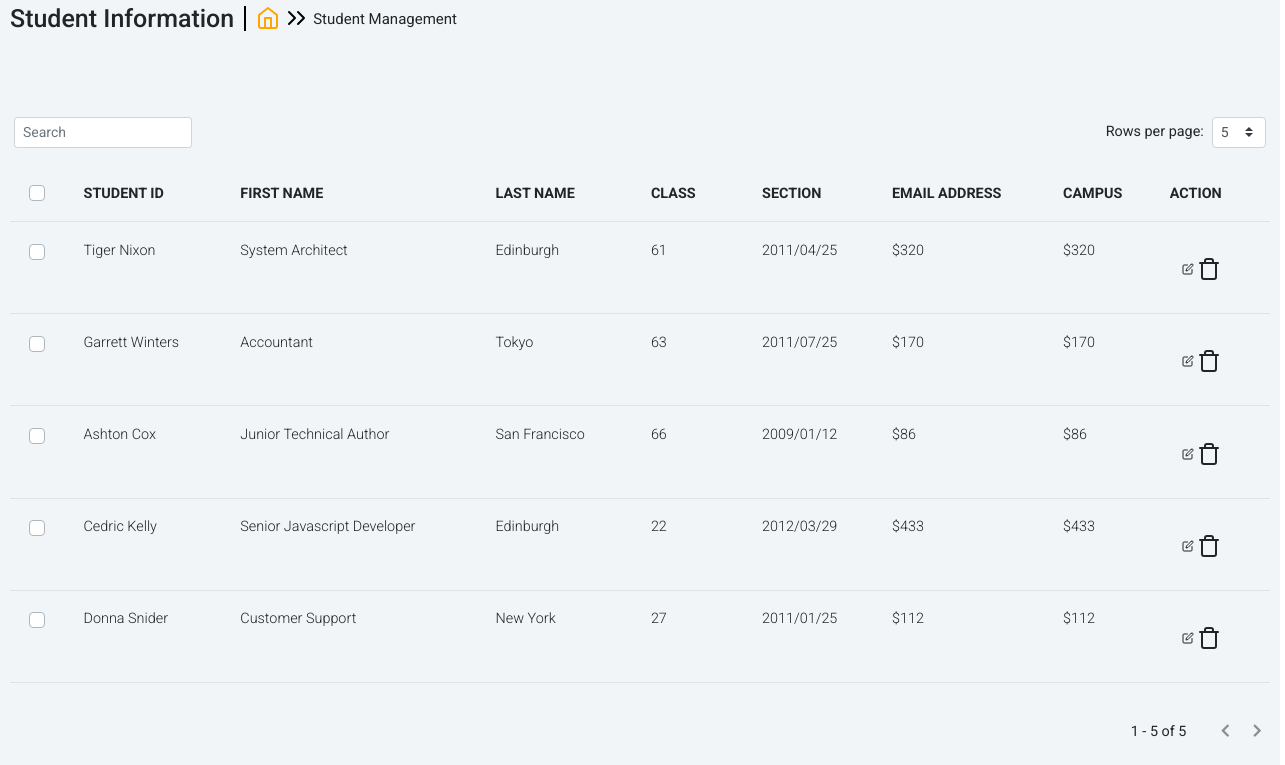
Repository: deepakrajput1998/hestabit_assignment
Page: /
An editor plug-in stored every save of this project. The page is shown before and after the next save, followed by the edit.
The browser window is 1280 px wide. The page is 1285 px wide, so the pictures cover 1285 px, including what lies to the right of the window. The pictures show the whole page.
The project was rebuilt for these pictures with package versions that can differ from the ones it lists, and the page was loaded fresh each time.

Above is the page before, as saved 2021-07-25 03:38:52.

After the next save:
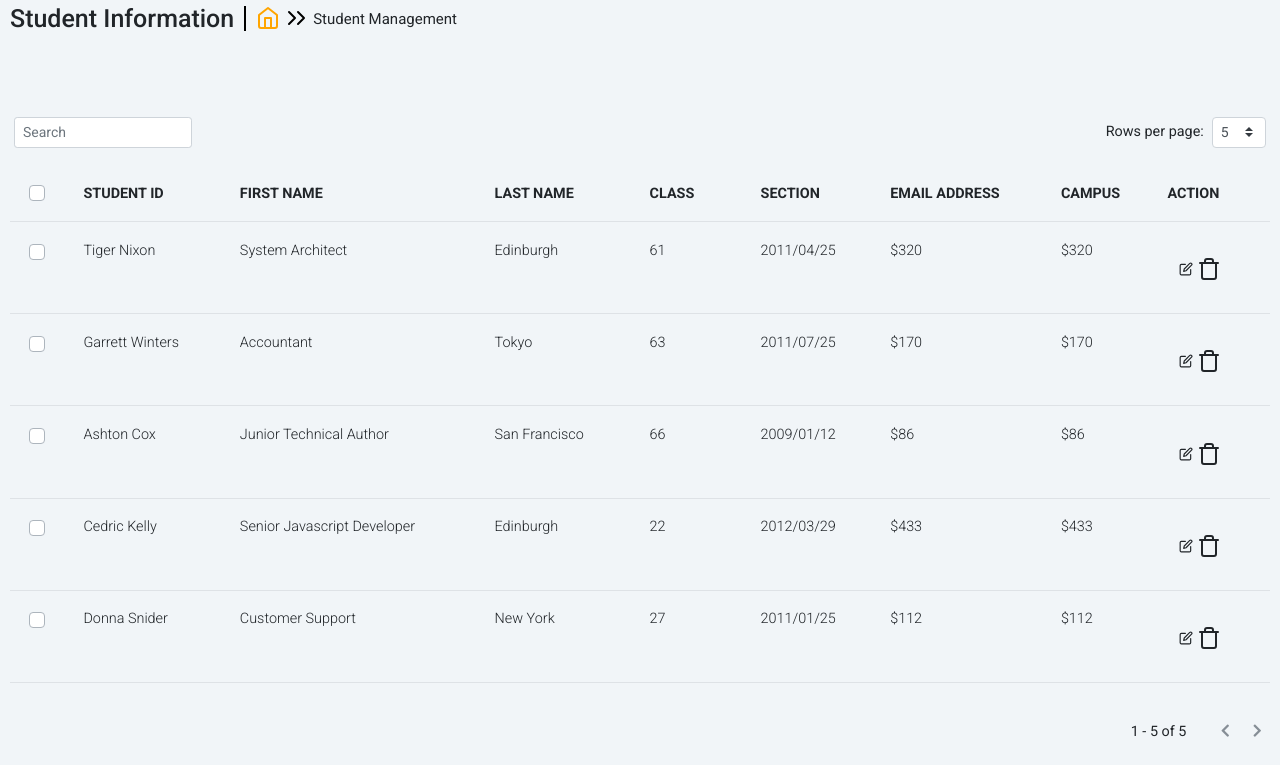
Saved 5 s later.
--- a/src/Component/Common/DataTable/DataTable.js
+++ b/src/Component/Common/DataTable/DataTable.js
@@ -65,7 +65,7 @@ export default function DataTable() {
         campus: "$320",
         action: (
           <td>
-            <Edit size={12}/> <Trash />
+            <Edit size={14}/> <Trash />
           </td>
         ),
       },
@@ -79,7 +79,7 @@ export default function DataTable() {
         campus: "$170",
         action: (
           <td>
-            <Edit size={12}/> <Trash />
+            <Edit size={14}/> <Trash />
           </td>
         ),
       },
@@ -93,7 +93,7 @@ export default function DataTable() {
         campus: "$86",
         action: (
           <td>
-            <Edit size={12}/> <Trash />
+            <Edit size={14}/> <Trash />
           </td>
         ),
       },
@@ -107,7 +107,7 @@ export default function DataTable() {
         campus: "$433",
         action: (
           <td>
-            <Edit size={12}/> <Trash />
+            <Edit size={14}/> <Trash />
           </td>
         ),
       },
@@ -122,7 +122,7 @@ export default function DataTable() {
         campus: "$112",
         action: (
           <td>
-            <Edit size={12}/> <Trash />
+            <Edit size={14}/> <Trash />
           </td>
         ),
       },
